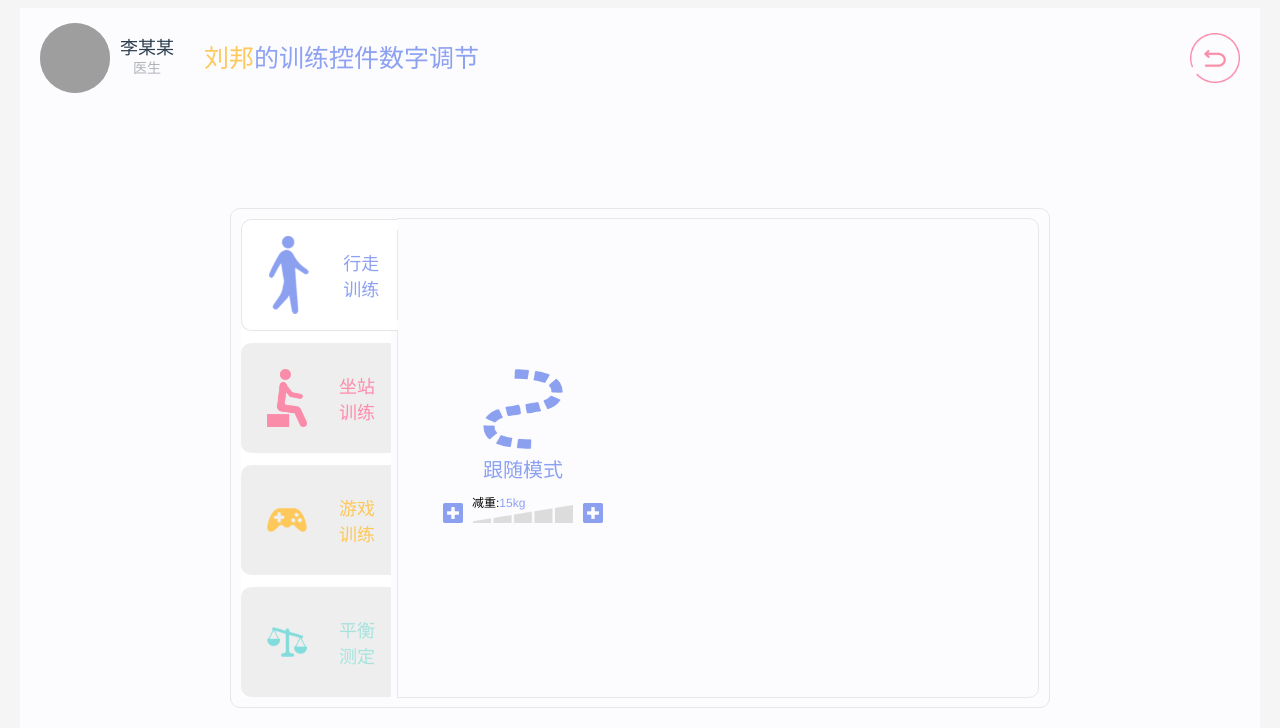
Repository: wangdanqing90/electron-vue-doctor
Page: /#/trainingAdjust
The author's editor kept a copy of each file at every save. The page is drawn from the files as they stood at one save, then again after the next save.
The browser window is 1280 px wide. The pictures show the whole page.
Pictures or frames that could not be fetched are drawn as grey boxes. The project was rebuilt for these pictures with package versions that can differ from the ones it lists, and the page was loaded fresh each time. Also part of the build but not shown: vue.config.js, src/views/Home.vue, src/assets/styles/variable.scss, src/assets/styles/iconfont.css.

Above is the page before, as saved 2020-01-15 14:00:14.

After the next save:
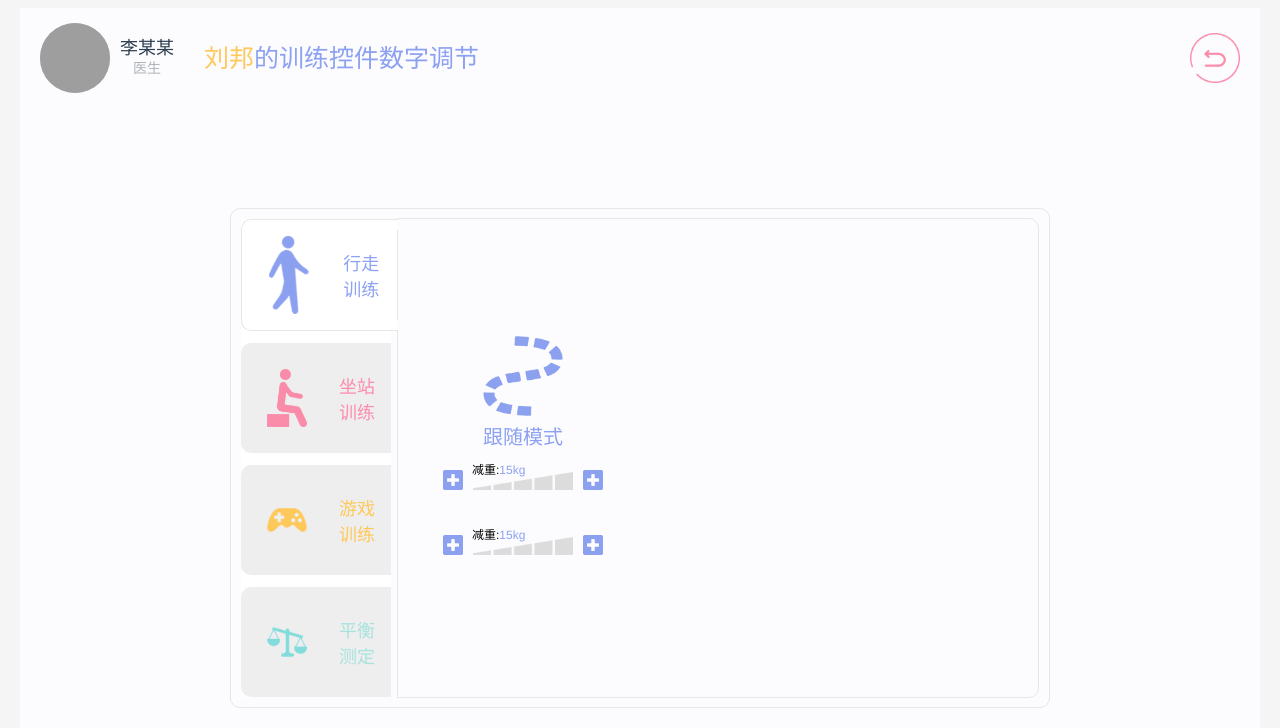
Saved 9 s later.
--- a/src/components/Adjust/AdjustContiner.vue
+++ b/src/components/Adjust/AdjustContiner.vue
@@ -7,6 +7,7 @@
     </div>
     <div class="bottom">
       <Adjust :disable="true" :adjust="config.adjusts[0]" :fontColor="config.fontColor"></Adjust>
+      <Adjust :disable="false" :adjust="config.adjusts[0]" :fontColor="config.fontColor"></Adjust>
     </div>
   </div>
 </template>
